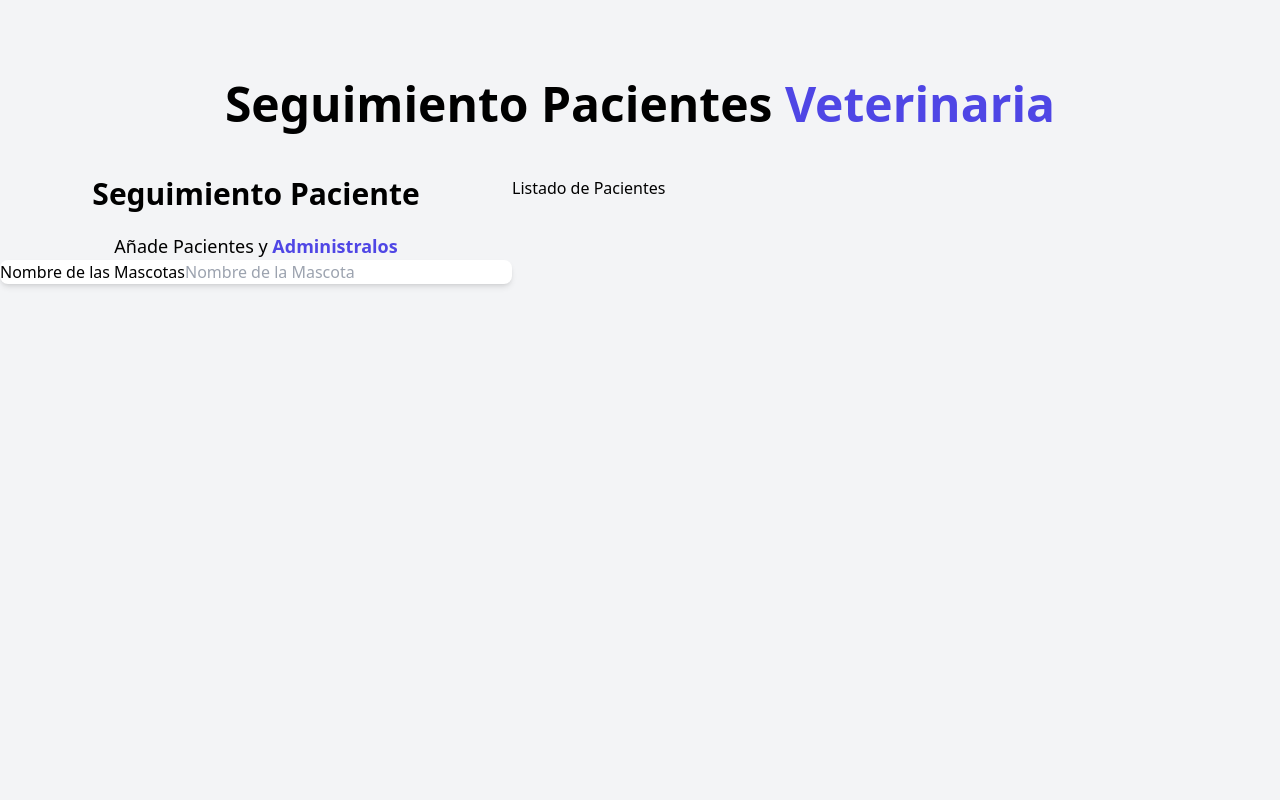
Repository: richardacb/citas_react_vite
Page: /
An editor plug-in stored every save of this project. The page is shown before and after a run of saves, followed by the edit.
The browser window is 1280 px wide. The pictures show the whole page.
The project was rebuilt for these pictures with package versions that can differ from the ones it lists, and the page was loaded fresh each time. Also part of the build but not shown: vite.config.js.

Above is the page before, as saved 2022-12-17 02:42:04.

### src/App.jsx
import { useState } from "react";
import Header from "./components/Header";
import Formulario from "./components/Formulario";
import ListadoPacientes from "./components/ListadoPacientes";

function App() {
  return (
    <div className="container mx-auto mt-20">
      <Header />
      <div className="mt-12 md:flex">
        <Formulario />
        <ListadoPacientes />
      </div>
    </div>
  );
}

export default App;

### src/components/Header.jsx
function Header() {
  return (
    <>
        <h1 className="font-black text-5xl text-center md:w-2/3 mx-auto">Seguimiento Pacientes {''}
         <span className="text-indigo-600">Veterinaria</span></h1>
    </>
  );
}

export default Header;

### src/components/Formulario.jsx
const Formulario = () => {
    return (
        <div className="md:w-1/2 lg:w-2/5">
            <h2 className="font-black text-3xl text-center">Seguimiento Paciente</h2>

            <p className="text-lg mt-5 text-center">
                Añade Pacientes y {''} <span className="text-indigo-600 font-bold">Administralos</span>
            </p>

            <form className="bg-white shadow-md rounded-lg ">
                <div>
                    <label>Nombre de las Mascotas</label>
                    <input
                        type="text"
                        placeholder="Nombre de la Mascota"
                        className=""
                    />
                </div>
            </form>
        </div>
    )
}

export default Formulario;

### src/components/ListadoPacientes.jsx
const ListadoPacientes = () => {
  return (
    <div className="w-1/2 lg:w-3/5">
      <h2>Listado de Pacientes</h2>
    </div>
  );
};

export default ListadoPacientes;

Loaded but not shown: index.html (common file); src/main.jsx (common file); src/index.css (common file); tailwind.config.cjs (common file)

After the next 2 saves:
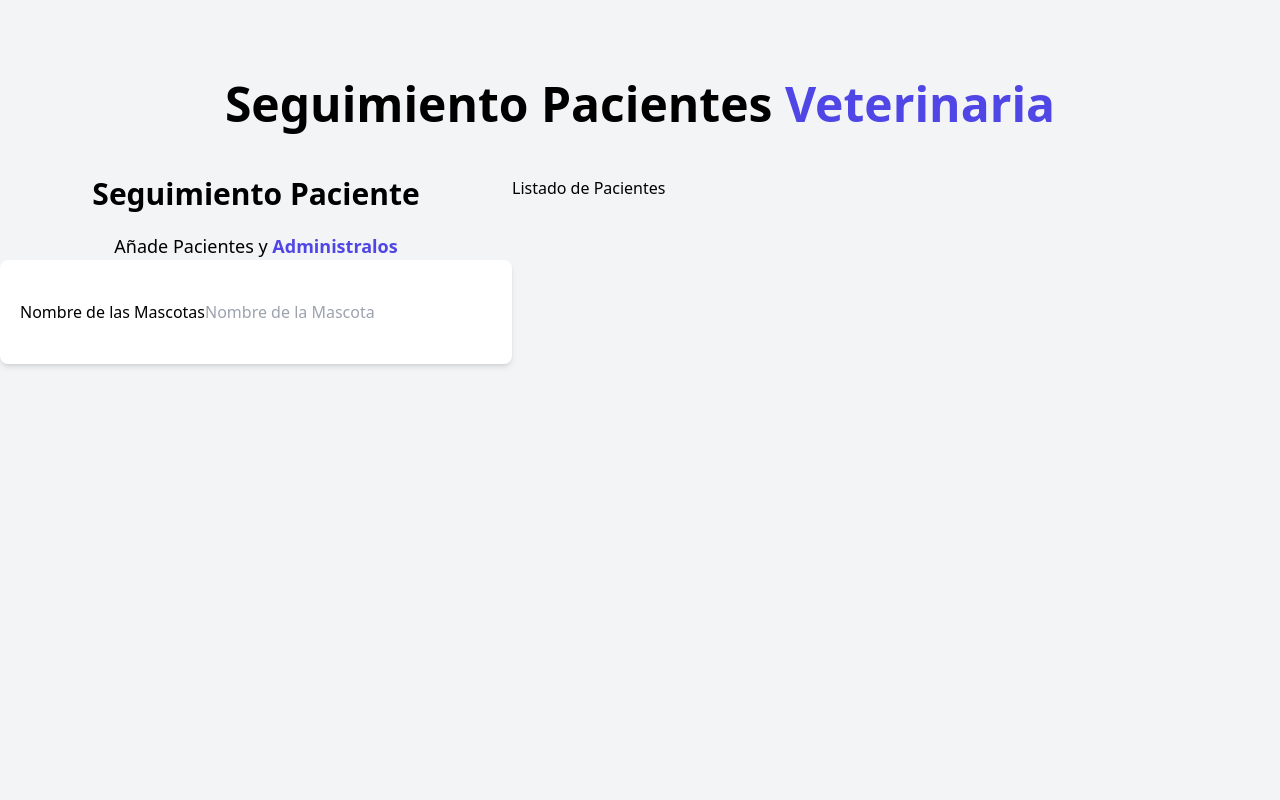
The 2 saves are shown as one change because they came seconds apart.
The last was saved 6 s later.
--- a/src/components/Formulario.jsx
+++ b/src/components/Formulario.jsx
@@ -7,7 +7,7 @@ const Formulario = () => {
                 Añade Pacientes y {''} <span className="text-indigo-600 font-bold">Administralos</span>
             </p>
 
-            <form className="bg-white shadow-md rounded-lg ">
+            <form className="bg-white shadow-md rounded-lg py-10 px-5">
                 <div>
                     <label>Nombre de las Mascotas</label>
                     <input
